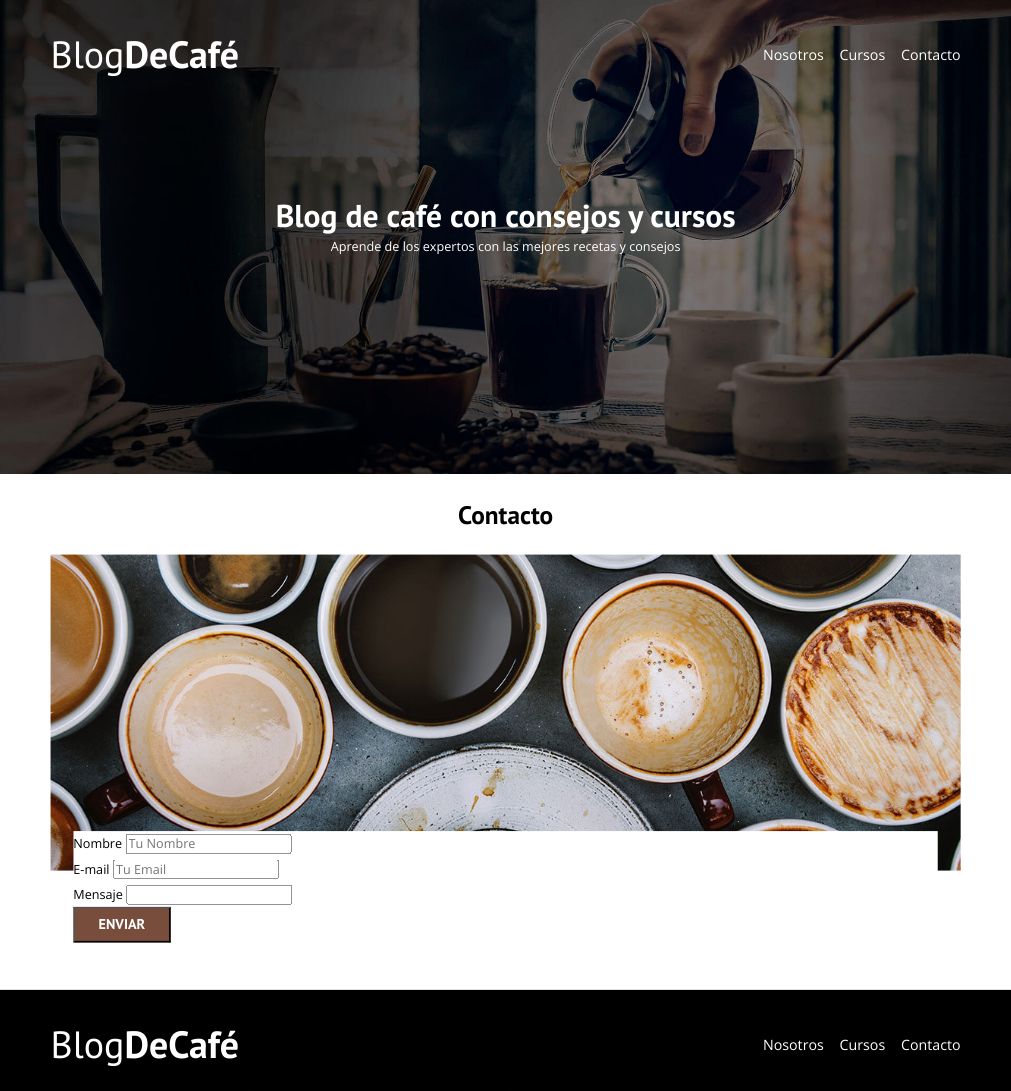
Repository: araque1990/blog_de_cafe
Page: contacto.html
These files come from the project's save history. The page is drawn as it stood at one moment and after the next save; the edit follows.
The browser window is 1280 px wide. The pictures show the whole page, at 79% of full size.

Above is the page before, as saved 2023-01-12 19:24:15.

After the next save:
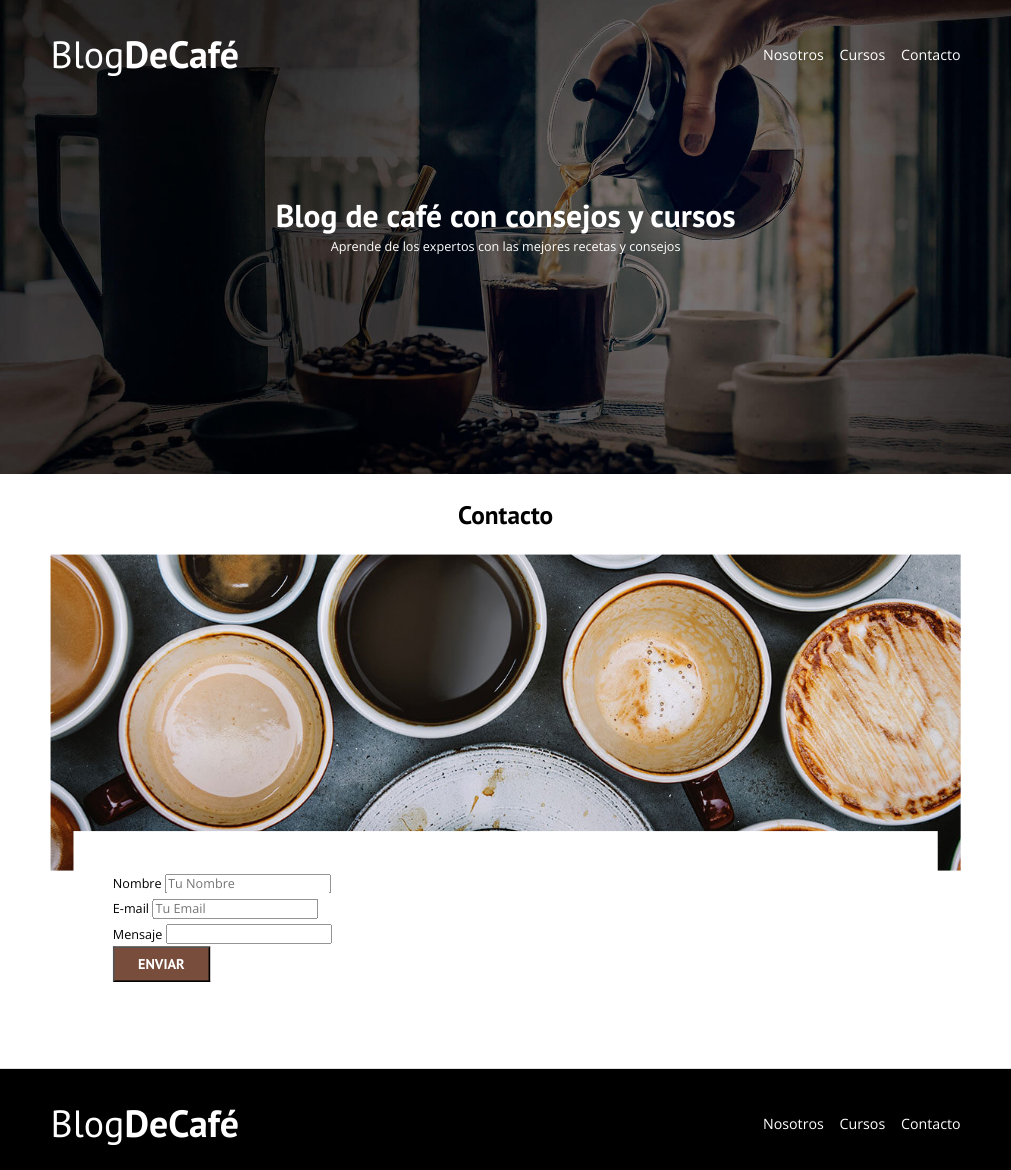
Saved 34 s later.
--- a/css/styles.css
+++ b/css/styles.css
@@ -230,6 +230,8 @@ img {
   background-color: var(--blanco);
   margin: -5rem auto 0 auto;
   width: 95%;
+  padding: 5rem;
+
 }
 .campo{
 
